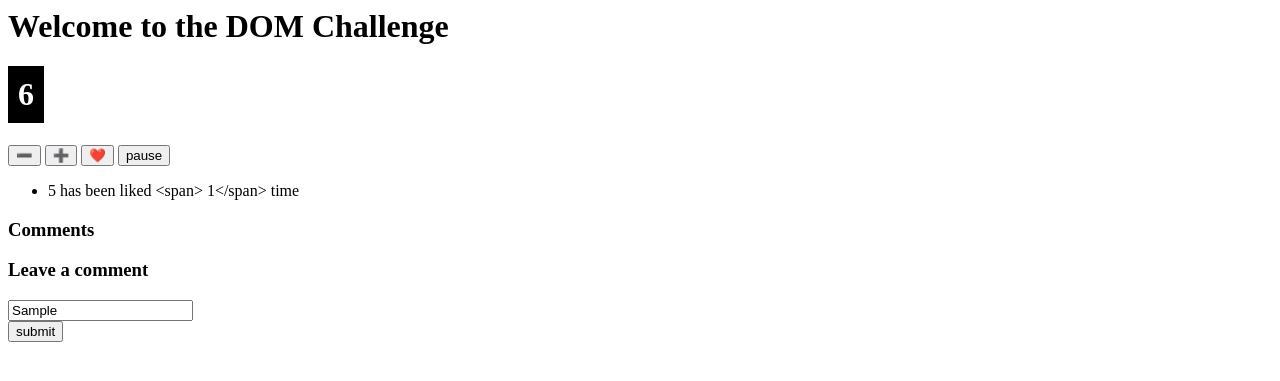
Repository: learn-co-students/jsdom-dom-challenge-onl01-seng-pt-012120
Page: index.html
An editor plug-in stored every save of this project. The page is shown before and after the next save, followed by the edit.
The browser window is 1280 px wide. The pictures show the whole page.
Empty fields were first filled with sample values (such as "Sample", 5 or name@example.com).
After loading, the first visible `#heart` was clicked once.

Above is the page before, as saved 2020-08-03 09:38:10.

### index.html
<html>
<head>
  <meta charset="UTF-8">
  <title>Dom Challenge</title>
  <style>
    #counter {
      background-color: black;
      color: white;
      display: table;
      padding: 10px;
    }
  </style>
</head>
<body>
  <h1>
    Welcome to the DOM Challenge
  </h1>
  <h1 id='counter'>
    0
  </h1>
  <button id='minus' > ➖ </button>
  <button id='plus' > ➕ </button>
  <button id='heart' > ❤️ </button>
  <button id='pause' > pause </button>

  <ul class='likes'></ul>

  <div>
    <h3>Comments</h3>
    <div id='list' class='comments'></div>

    <h3>Leave a comment</h3>

    <form id="comment-form" action="">
      <input type='text' name="comment" id="comment-input" cols="30" rows="10">
      </br>
      <button id='submit'>submit</button>
    </form>

  </div>

  <!-- <script src="js/index.min.js"></script> -->
  <script src="js/challenge.js"></script>
</body>
</html>

### js/challenge.js
document.addEventListener('DOMContentLoaded', () =>{

    //h1 element of the page that needs to change every second
    const c = document.getElementById("counter");

    //timer function
    const timer = () => {
        return setInterval(function () {
            let num = parseInt(c.innerHTML);
            num++
            c.innerHTML = num
        }, 1000)
    };
    //function for timer ** did not work had to put the function actually in the call for seInterval
    let counterIncrease = () => {
        let num = parseInt(c.innerHTML);
        num++
        c.innerHTML = num
    };
    // to interact with the timer and start the timer
    const interval = timer();
    // timer has started running this is for toggling the pause button currently the timer is 'running'
    // allow for a true~false question to determine what to do with the timer if run pause other wise run
    const timing = true;


    // plus button
    const plus = document.getElementById("plus");
    // plus event listener kept code from timer works here
    plus.addEventListener('click', counterIncrease);


    // minus button
    const minus = document.getElementById("minus");
    //event listener for the minus button
    minus.addEventListener('click', (e)=>{
        let num = parseInt(c.innerHTML);
        if (num>0) {
            num--
        }
        c.innerHTML = num
    });


    // heart button
    const heart = document.getElementById("heart");
    // list element for listing likes
    const likesList = document.querySelector('.likes')
    // need to check the list to see if there is a ??? to determine if the # has already been liked
    //if already liked then take the number of likes and increase it by one
    //else create a new element in the array of likes

    heart.addEventListener('click', (e)=>{
        let likedNum = parseInt(c.innerHTML);
        if(ll = document.getElementById(likedNum)){
            debugger;
            let currentLikeCount = parseInt(ll.getElementsByTagName('span').innerHTML) + 1
            ll.querySelector("span").innerHTML = "${currentLikeCount}";
            ll.innerHTML += "s";
        } else {
            let ll = document.createElement('li');
            // let s = document.createElement('span');
            // s.innerHTML = "1";
            ll.id = likedNum;
            ll.innerText = likedNum + ' has been liked ';
            // ll.appendChild(s);
            ll.innerText += '<span> 1</span> time';
            likesList.appendChild(ll);
        }
    });


    // pause button
    const pause = document.getElementById("pause");
   // if timer is on then need to change it to off stop the timer element from running and change the web page elements to not be working
   //else if timer is not running need to mark as running restart the timer and unblock elements of the webpage

    // comment form
    const cf = document.getElementById("comment-form")
    // comment field that contains the text of the comment
    const comment = document.getElementById("comment-input")
    // comment list element
    const comList = document.getElementsByClassName('comments')
    // on submit need to
    // ignore submit button default action
    // add comment to the comment list
    // clear comment form


});

After the next save:
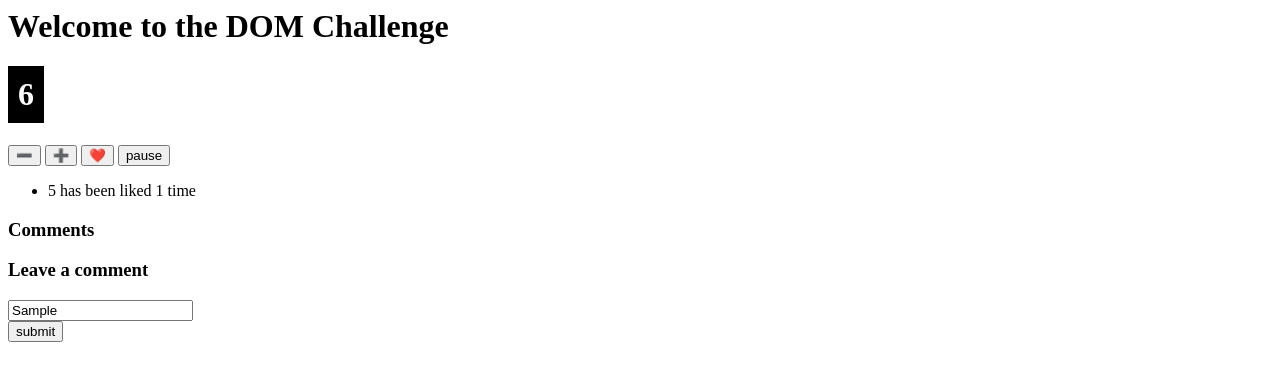
Saved 25 s later.
--- a/js/challenge.js
+++ b/js/challenge.js
@@ -64,7 +64,7 @@ document.addEventListener('DOMContentLoaded', () =>{
             ll.id = likedNum;
             ll.innerText = likedNum + ' has been liked ';
             // ll.appendChild(s);
-            ll.innerText += '<span> 1</span> time';
+            ll.innerHTML += '<span> 1</span> time';
             likesList.appendChild(ll);
         }
     });
